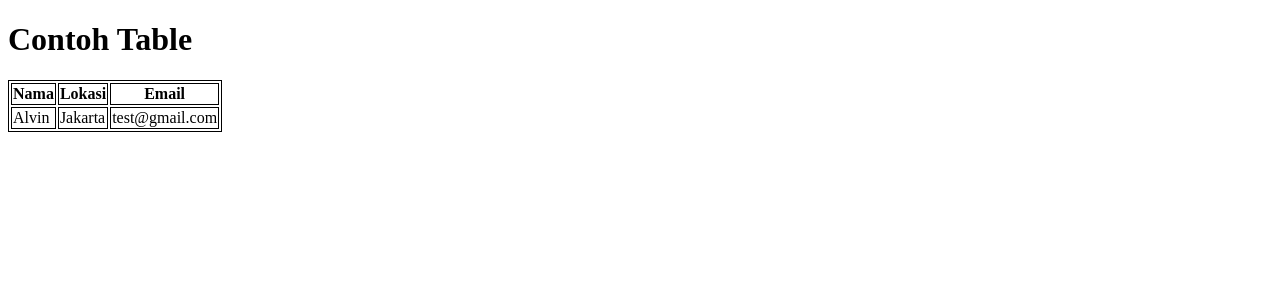
Repository: esramrsln/day2_RevoU
Page: table.html
These files come from the project's save history. The page is drawn as it stood at one moment and after a run of saves; the edit follows.
The browser window is 1280 px wide. The pictures show the whole page.

Above is the page before, as saved 2024-07-23 19:40:24.

After the next 2 saves:
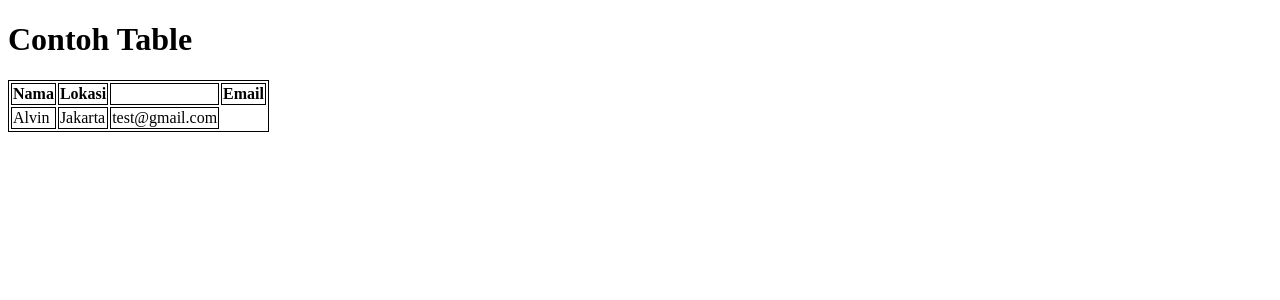
The 2 saves are shown as one change because they came seconds apart.
The last was saved 26 s later.
--- a/table.html
+++ b/table.html
@@ -15,6 +15,7 @@
         <tr>
             <th>Nama</th>
             <th>Lokasi</th>
+            <th></th>
             <th>Email</th>
         </tr>
         <tr>
